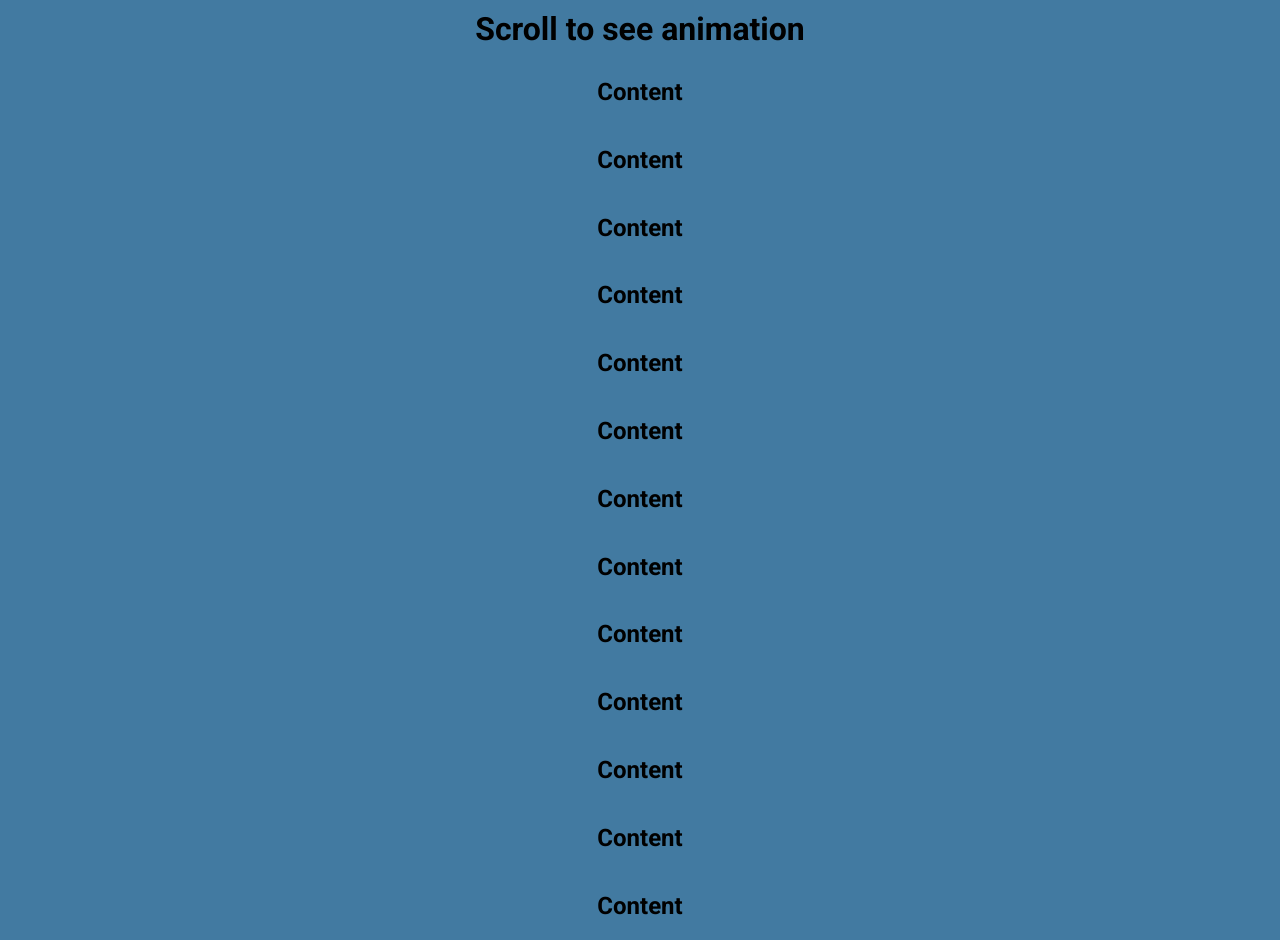
Repository: thecoachanna/scroll-animation
Page: index.html
An editor plug-in stored every save of this project. The page is shown before and after a run of saves, followed by the edit.
The browser window is 1280 px wide. The pictures show the whole page.
Some web fonts or font styles are not loaded; a fallback is used.

Above is the page before, as saved 2023-02-20 12:47:16.

After the next 2 saves:
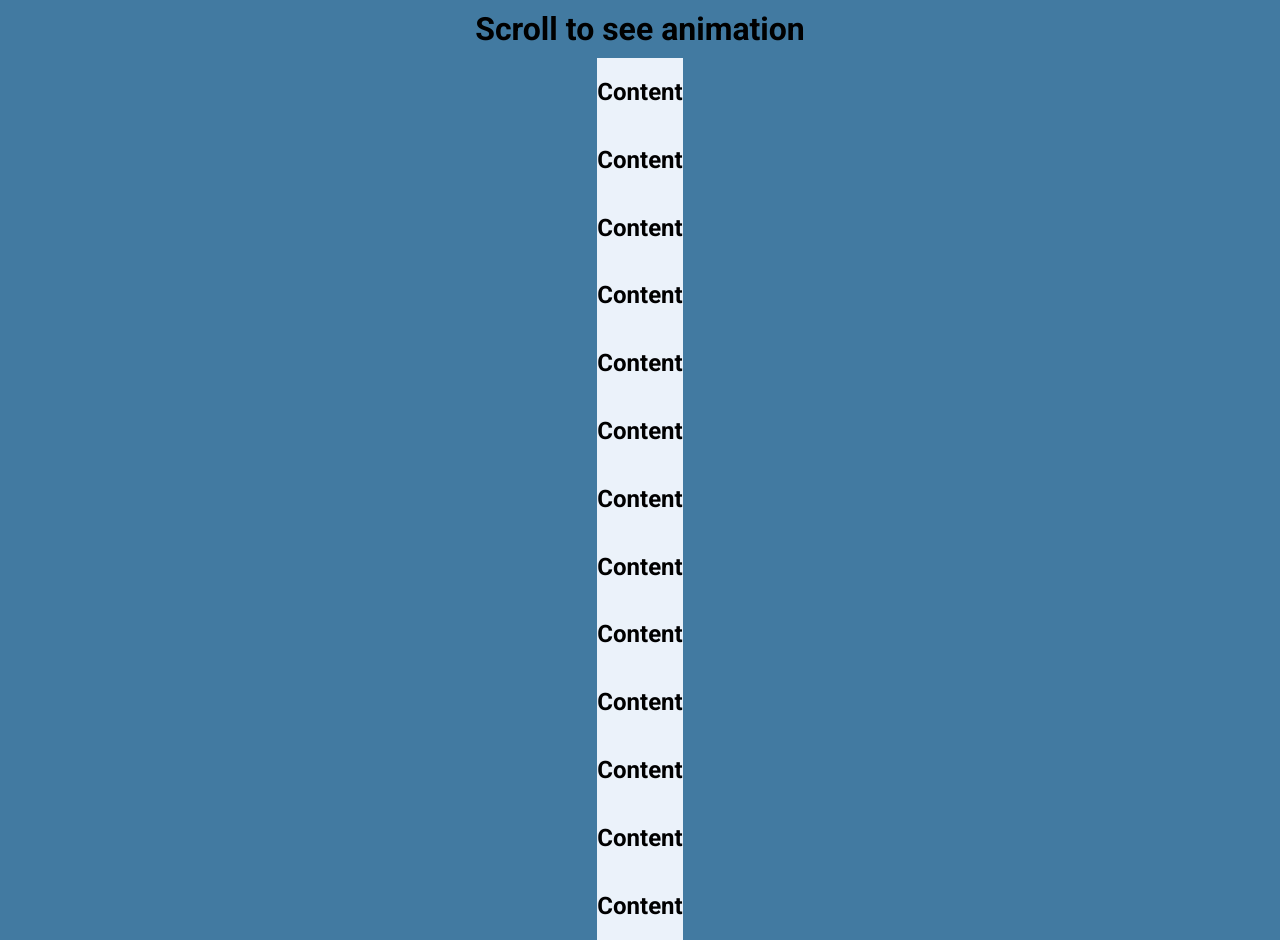
The 2 saves are shown as one change because they came seconds apart.
The last was saved 16 s later.
--- a/style.css
+++ b/style.css
@@ -20,5 +20,5 @@ h1 {
 }
 
 .box {
-
+    background-color: #EBF2FA;
 }
